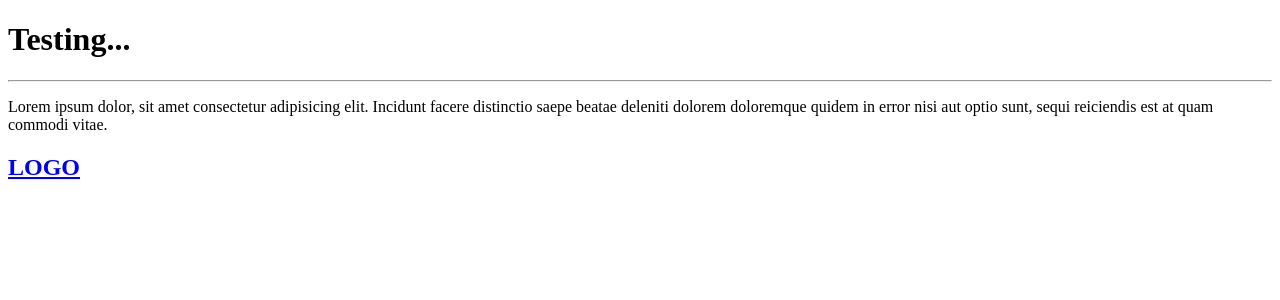
Repository: MarcioFreitasUFSC21/Proejct00
Page: ExampleSite/Assets/index2.html
The author's editor kept a copy of each file at every save. The page is drawn from the files as they stood at one save, then again after the next save.
The browser window is 1280 px wide. The pictures show the whole page.

Above is the page before, as saved 2023-03-18 17:02:37.

After the next save:
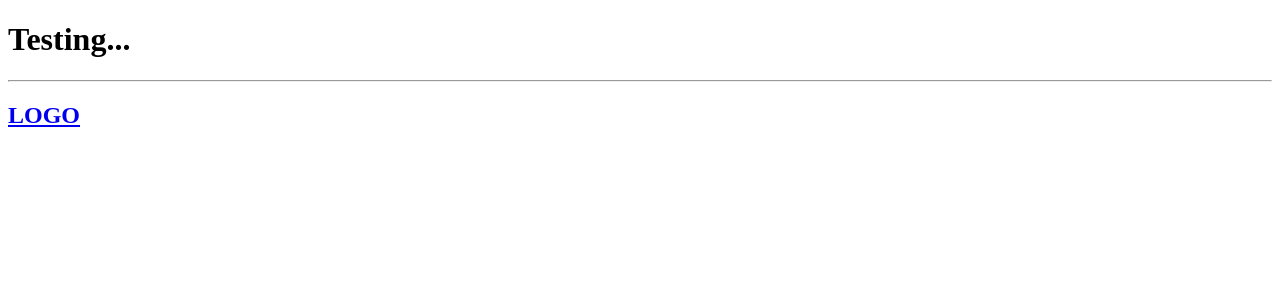
Saved 9 s later.
--- a/ExampleSite/Assets/index2.html
+++ b/ExampleSite/Assets/index2.html
@@ -9,7 +9,7 @@
 <body>
     <h1> Testing... </h1>
     <hr>
-    <p> Lorem ipsum dolor, sit amet consectetur adipisicing elit. Incidunt facere distinctio saepe beatae deleniti dolorem doloremque quidem in error nisi aut optio sunt, sequi reiciendis est at quam commodi vitae.</p>
+
     <section>
         <div>
             <h1><a href="#">LOGO </a></h1>
